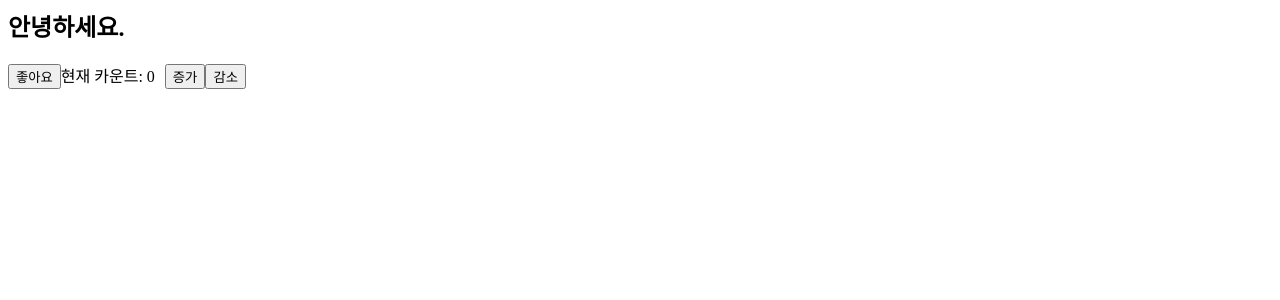
Repository: siyul-jh/React_Study
Page: babel/simple1.html
The author's editor kept a copy of each file at every save. The page is drawn from the files as they stood at one save, then again after the next save.
The browser window is 1280 px wide. The pictures show the whole page.

Above is the page before, as saved 2020-10-05 16:42:25.

After the next save:
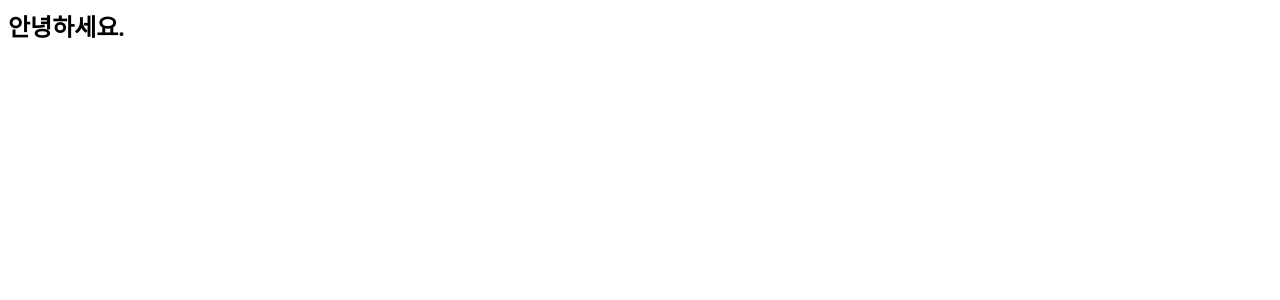
Console error (its wording comes from the project's code and is left out).
Saved 63 s later.
--- a/babel/simple1.js
+++ b/babel/simple1.js
@@ -10,15 +10,20 @@
 
 function Container() {
     const [count, setCount] = React.useState(0);
-    return React.createElement(
+    return
+    React.createElement(
         'div',
-        { style : {marginTop: 20}},
+        null,
         React.createElement(LikeButton),
-        React.createElement('span',null,'현재 카운트: '),
-        React.createElement('span',{style:{marginRight: 10}}, count),
-        React.createElement('button', {onClick:() => setCount(count+1)}, '증가'),
-        React.createElement('button', {onClick:() => setCount(count-1)}, '감소'),
+        React.createElement(
+            'div',
+            { style : {marginTop: 20}},
+            React.createElement('span',null,'현재 카운트: '),
+            React.createElement('span',{style:{marginRight: 10}}, count),
+            React.createElement('button', {onClick:() => setCount(count+1)}, '증가'),
+            React.createElement('button', {onClick:() => setCount(count-1)}, '감소'),
 
+        )
     )
 }
 

After the 3 saves that followed:
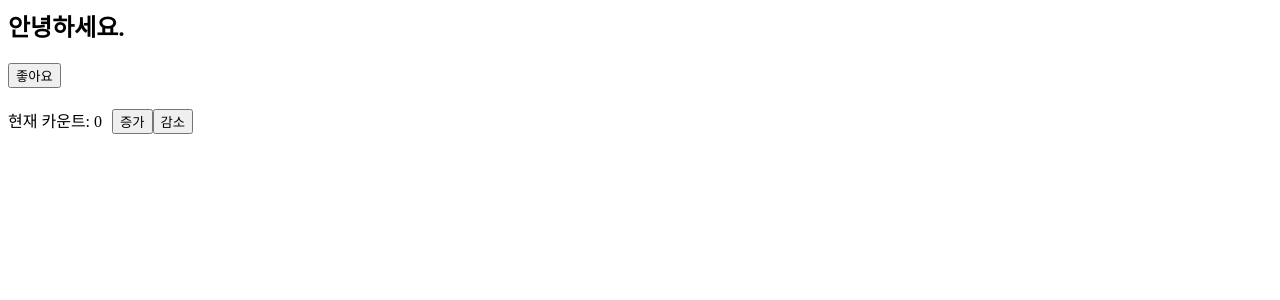
The error is gone.
The 3 saves are shown as one change because 2 left the picture as it was.
The last was saved 81 s later.
--- a/babel/simple1.js
+++ b/babel/simple1.js
@@ -10,8 +10,7 @@
 
 function Container() {
     const [count, setCount] = React.useState(0);
-    return
-    React.createElement(
+    return React.createElement(
         'div',
         null,
         React.createElement(LikeButton),
@@ -22,7 +21,6 @@
             React.createElement('span',{style:{marginRight: 10}}, count),
             React.createElement('button', {onClick:() => setCount(count+1)}, '증가'),
             React.createElement('button', {onClick:() => setCount(count-1)}, '감소'),
-
         )
     )
 }
